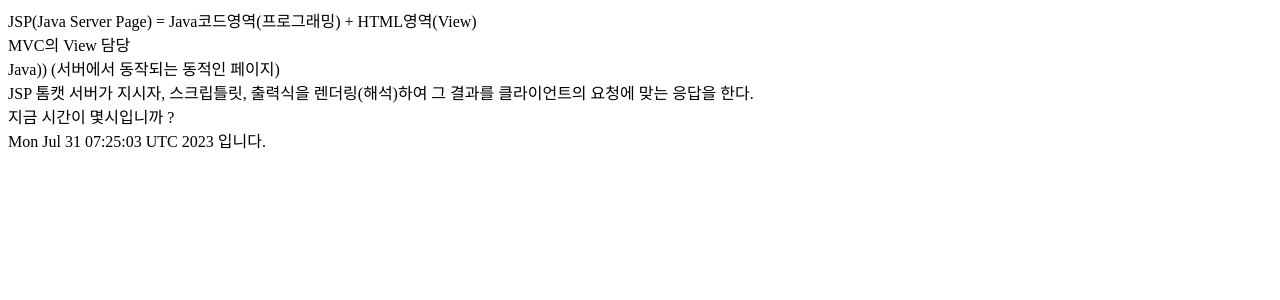
Repository: ainokks071/ServletJSP
Page: http://localhost/WEB/time.jsp
The author's editor kept a copy of each file at every save. The page is drawn from the files as they stood at one save, then again after the next save.
The browser window is 1280 px wide. The pictures show the whole page.
The page is served by Tomcat 9.

Above is the page before, as saved 2023-07-31 08:33:18.

After the next save:
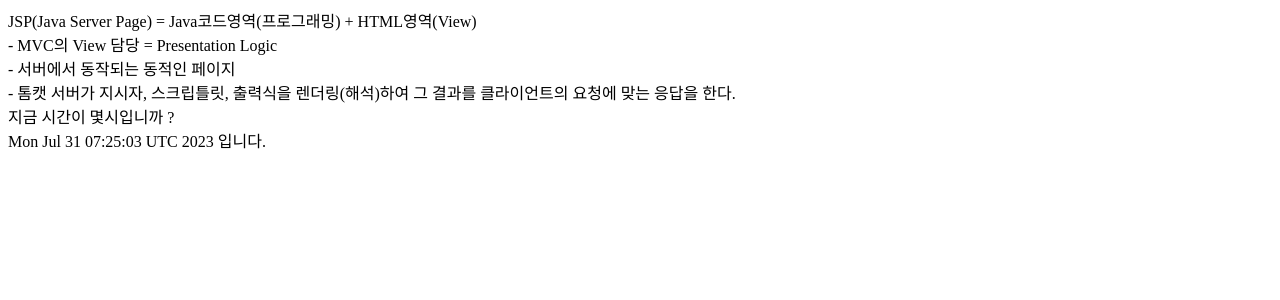
Saved 37 s later.
--- a/WEB/webapp/time.jsp
+++ b/WEB/webapp/time.jsp
@@ -19,11 +19,9 @@
 
 <body>
 JSP(Java Server Page) = Java코드영역(프로그래밍) + HTML영역(View) <br>
-MVC의 View 담당 <br>
-
-Java)) (서버에서 동작되는 동적인 페이지)<br>
-JSP
-톰캣 서버가 지시자, 스크립틀릿, 출력식을 렌더링(해석)하여 그 결과를 클라이언트의 요청에 맞는 응답을 한다.<br>
+- MVC의 View 담당 = Presentation Logic<br>
+- 서버에서 동작되는 동적인 페이지<br>
+- 톰캣 서버가 지시자, 스크립틀릿, 출력식을 렌더링(해석)하여 그 결과를 클라이언트의 요청에 맞는 응답을 한다.<br>
 지금 시간이 몇시입니까 ? <br>
 <%-- <%= 출력식 %> --%>
 <%= d.toString() %> 입니다.
